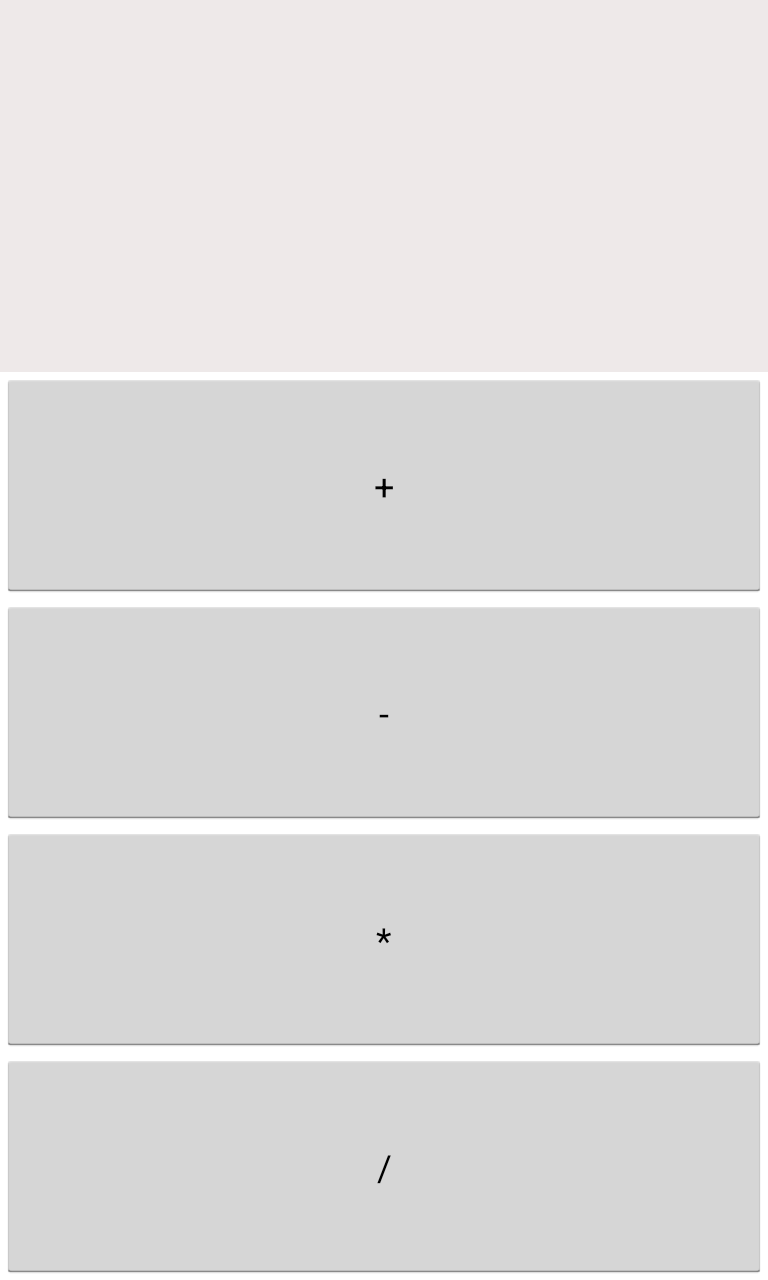
Repository: Xiao-Jian/Android
Layout: Calculator1/res/layout/activity_main.xml
These files come from the project's save history. The layout is drawn as it stood at one moment and after the next save; the edit follows.
It is drawn on a 768 x 1280 px phone screen (xhdpi) without system bars, with theme AppTheme; the app's code is not run.

Above is the layout before, as saved 2015-05-14 05:29:53.

### Calculator1/res/layout/activity_main.xml
<LinearLayout xmlns:android="http://schemas.android.com/apk/res/android"
    xmlns:tools="http://schemas.android.com/tools"
    android:layout_width="match_parent"
    android:layout_height="match_parent"
    android:orientation="vertical" >
    tools:context="com.example.calculator1.MainActivity" >

    <LinearLayout
	    android:layout_width="fill_parent"
	    android:layout_height="wrap_content"
	    android:layout_weight="2"
	    android:orientation="vertical"
	    android:background="#EEE9E9"
	    >
	    <EditText
	        android:textSize="25dp"
	        android:id="@+id/screen"
	        android:cursorVisible="false"
	        android:layout_width="fill_parent"
	        android:layout_height="fill_parent"
	        android:layout_weight="2"
	        android:gravity="center|right"
	        android:maxLines="4"
	        android:lines="4"
	        android:enabled="false"
	        android:background="#EEE9E9"
	        android:textColor="#000000"
	        />
	</LinearLayout>

    <LinearLayout
        android:layout_width="fill_parent"
        android:layout_height="wrap_content"
        android:layout_weight="8"
        android:gravity="center"
        android:orientation="vertical">

        <Button
            android:id="@+id/add"
        	android:layout_width="match_parent"
        	android:layout_height="match_parent"
        	android:layout_weight="1"
        	android:text="@string/add"
            />
        <Button
            android:id="@+id/sub"
        	android:layout_width="match_parent"
        	android:layout_height="match_parent"
        	android:layout_weight="1"
        	android:text="@string/sub"
            />
        <Button
            android:id="@+id/mult"
        	android:layout_width="match_parent"
        	android:layout_height="match_parent"
        	android:layout_weight="1"
        	android:text="@string/mult"
            />
        <Button
            android:id="@+id/div"
        	android:layout_width="match_parent"
        	android:layout_height="match_parent"
        	android:layout_weight="1"
        	android:text="@string/div"
            />

    </LinearLayout>
</LinearLayout>

### Calculator1/res/values/strings.xml
<?xml version="1.0" encoding="utf-8"?>
<resources>

    <string name="app_name">Calculator1</string>
    <string name="action_settings">Settings</string>

    <string name="one">1</string>
    <string name="two">2</string>
    <string name="three">3</string>
    <string name="four">4</string>
    <string name="five">5</string>
    <string name="six">6</string>
    <string name="seven">7</string>
    <string name="eight">8</string>
    <string name="nine">9</string>
    <string name="zero">0</string>
    <string name="add">+</string>
    <string name="sub">-</string>
    <string name="mult">*</string>
    <string name="div">/</string>
    <string name="point">.</string>
    <string name="equal">=</string>
    <string name="clear">C</string>

</resources>

Loaded but not shown: Calculator1/res/values/styles.xml (common file); Calculator1/res/values-v11/styles.xml (common file); Calculator1/res/values-v14/styles.xml (common file)

After the next save:
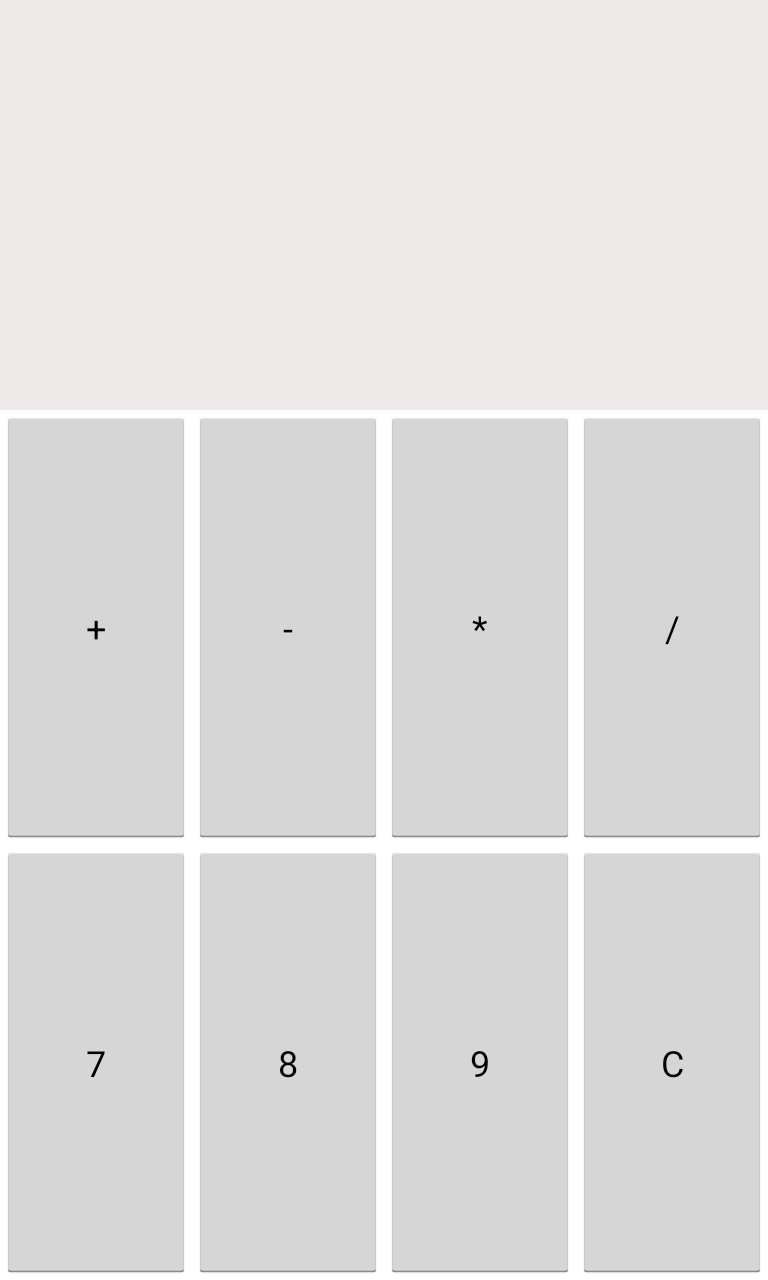
Saved 4 min 23 s later.
--- a/Calculator1/res/layout/activity_main.xml
+++ b/Calculator1/res/layout/activity_main.xml
@@ -35,34 +35,70 @@
         android:gravity="center"
         android:orientation="vertical">
 
-        <Button
-            android:id="@+id/add"
-        	android:layout_width="match_parent"
-        	android:layout_height="match_parent"
-        	android:layout_weight="1"
-        	android:text="@string/add"
-            />
-        <Button
-            android:id="@+id/sub"
-        	android:layout_width="match_parent"
-        	android:layout_height="match_parent"
-        	android:layout_weight="1"
-        	android:text="@string/sub"
-            />
-        <Button
-            android:id="@+id/mult"
-        	android:layout_width="match_parent"
-        	android:layout_height="match_parent"
-        	android:layout_weight="1"
-        	android:text="@string/mult"
-            />
-        <Button
-            android:id="@+id/div"
-        	android:layout_width="match_parent"
-        	android:layout_height="match_parent"
-        	android:layout_weight="1"
-        	android:text="@string/div"
-            />
+        <LinearLayout
+            android:layout_width="match_parent"
+            android:layout_height="match_parent"
+            android:layout_weight="1"
+            android:orientation="horizontal" >
 
+        	<Button
+            	android:id="@+id/add"
+        		android:layout_width="match_parent"
+        		android:layout_height="match_parent"
+        		android:layout_weight="1"
+        		android:text="@string/add" />
+        	<Button
+            	android:id="@+id/sub"
+        		android:layout_width="match_parent"
+        		android:layout_height="match_parent"
+        		android:layout_weight="1"
+        		android:text="@string/sub" />
+       		<Button
+            	android:id="@+id/mult"
+        		android:layout_width="match_parent"
+        		android:layout_height="match_parent"
+        		android:layout_weight="1"
+        		android:text="@string/mult" />
+        	<Button
+            	android:id="@+id/div"
+        		android:layout_width="match_parent"
+        		android:layout_height="match_parent"
+        		android:layout_weight="1"
+        		android:text="@string/div" />
+
+        </LinearLayout>
+
+        <LinearLayout
+            android:layout_width="match_parent"
+            android:layout_height="match_parent"
+            android:layout_weight="1"
+            android:orientation="horizontal" >
+
+        	<Button
+            	android:id="@+id/seven"
+        		android:layout_width="match_parent"
+        		android:layout_height="match_parent"
+        		android:layout_weight="1"
+        		android:text="@string/seven" />
+        	<Button
+            	android:id="@+id/eight"
+        		android:layout_width="match_parent"
+        		android:layout_height="match_parent"
+        		android:layout_weight="1"
+        		android:text="@string/eight" />
+       		<Button
+            	android:id="@+id/nine"
+        		android:layout_width="match_parent"
+        		android:layout_height="match_parent"
+        		android:layout_weight="1"
+        		android:text="@string/nine" />
+        	<Button
+            	android:id="@+id/clear"
+        		android:layout_width="match_parent"
+        		android:layout_height="match_parent"
+        		android:layout_weight="1"
+        		android:text="@string/clear" />
+
+        </LinearLayout>
     </LinearLayout>
 </LinearLayout>
